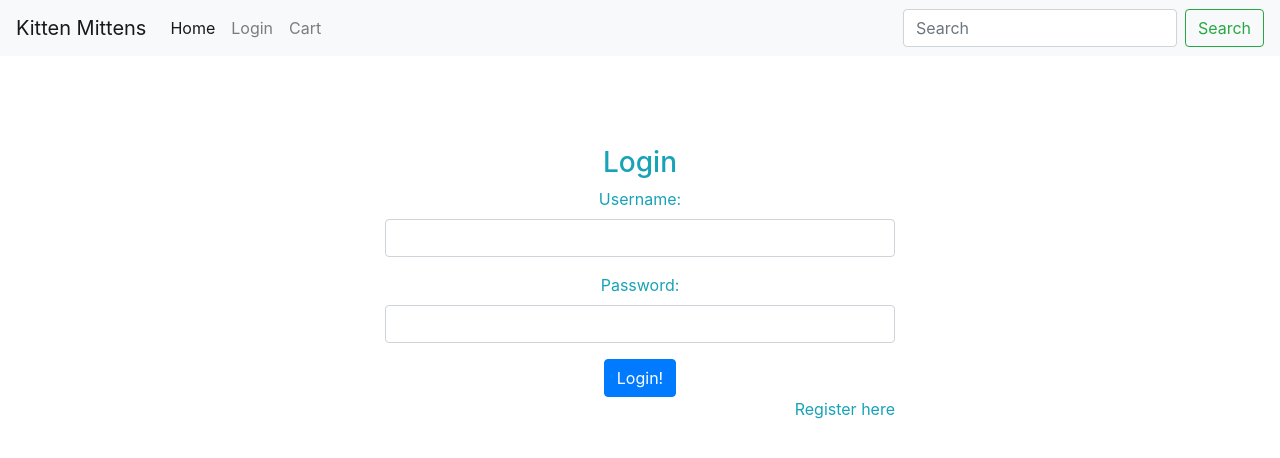
Repository: Janellle/KittenMittens
Page: http://localhost/login
The author's editor kept a record of every edit. The page is drawn from the files as they stood at one moment, then again after the next edit.
The browser window is 1280 px wide. The pictures show the whole page.
The page is served by the project's Node server (app.js).

Above is the page before.
Not found: js/functions.js
Not found: rps.js

After the next edit:
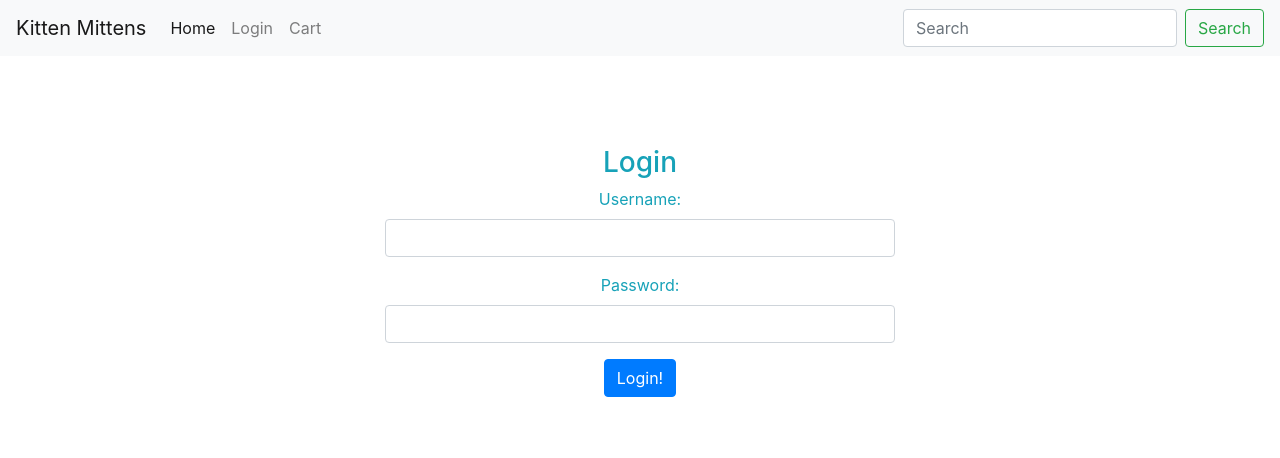
The edit:
--- a/views/login.ejs
+++ b/views/login.ejs
@@ -18,9 +18,10 @@
                                     <input type="password" name="password" id="password" class="form-control">
                                 </div>
                                 <button class="btn btn-primary" id="loginBtn">Login!</button>
-                                <div id="register-link" class="text-right">
-                                    <a href="#" class="text-info">Register here </a>
-                            </div>
+                                <!--Going to be used for Part 3-->
+                                <!--<div id="register-link" class="text-right">-->
+                                <!--    <a href="#" class="text-info">Register here </a>-->
+                                <!--</div>-->
                         </form>
                     </div>
                 </div>
